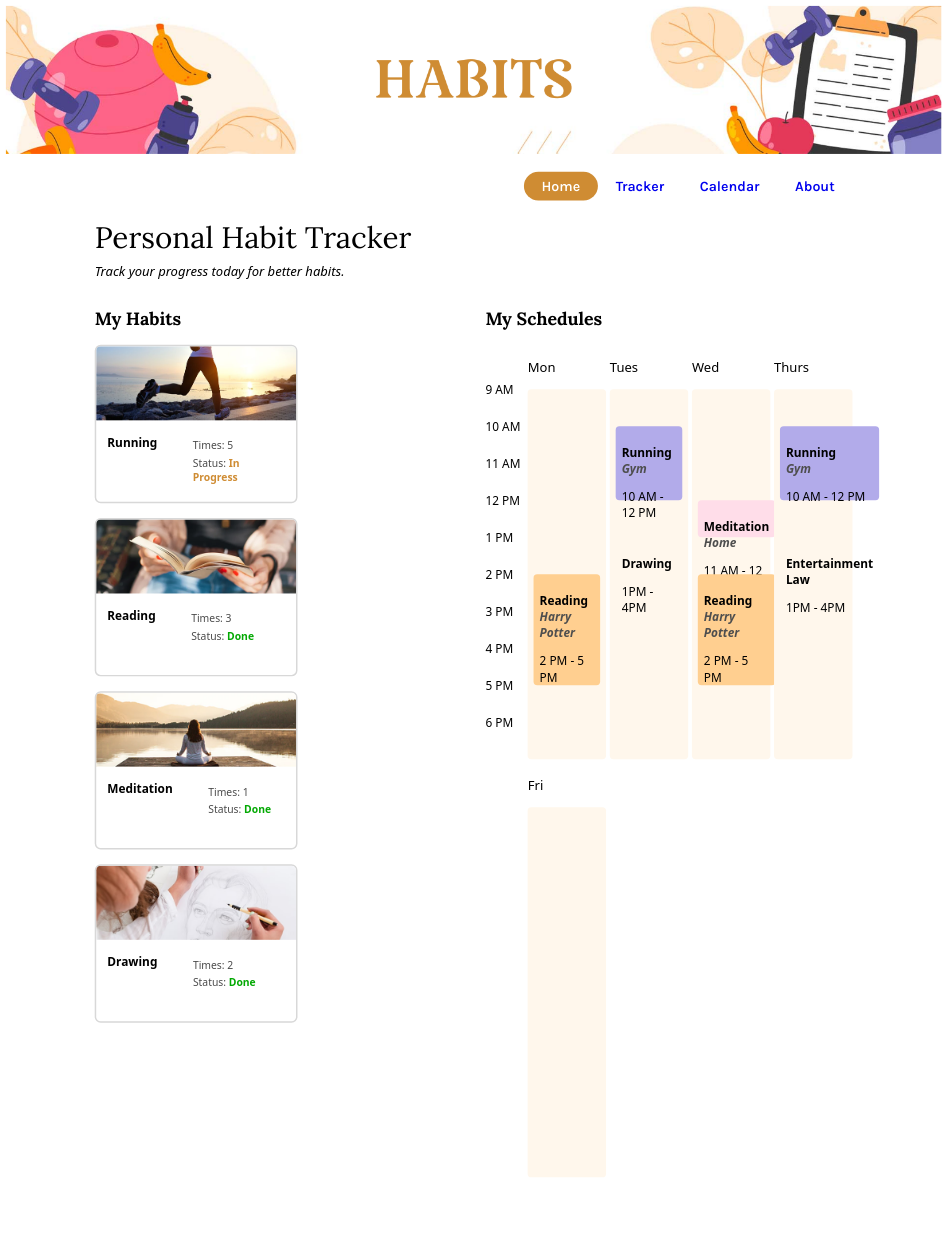
Repository: SandyLy453/habit-tracker
Page: http://localhost/
An editor plug-in stored every save of this project. The page is shown before and after the next save, followed by the edit.
The browser window is 1280 px wide. The pictures show the whole page, at 74% of full size.
The page is served by the project's Node server (server.js).

Above is the page before, as saved 2025-03-14 20:22:23.

### views/pages/home.ejs
<!DOCTYPE html>
<html lang="en">
<head>
    <meta charset="UTF-8">
    <meta name="viewport" content="width=device-width, initial-scale=1.0">
    <link rel="stylesheet" href="/styles.css">

    <!-- Fonts -->
    <link rel="preconnect" href="https://fonts.googleapis.com">
    <link rel="preconnect" href="https://fonts.gstatic.com" crossorigin>
    <link href="https://fonts.googleapis.com/css2?family=Karla:ital,wght@0,200..800;1,200..800&family=Roboto:ital,wght@0,100..900;1,100..900&display=swap" rel="stylesheet">

    <link rel="preconnect" href="https://fonts.googleapis.com">
    <link rel="preconnect" href="https://fonts.gstatic.com" crossorigin>
    <link href="https://fonts.googleapis.com/css2?family=Lora:ital,wght@0,400..700;1,400..700&display=swap" rel="stylesheet">
</head>
<body>
    <%- include('../partials/header', { activePage: 'home' }) %>
    <div class="heading_section">
        <h1>Personal Habit Tracker</h1>
        <p>Track your progress today for better habits.</p>
    </div>

    <section class="main_content">
        <div class="cards_section">
            <h2>My Habits</h2>
            <section class="cards">
                <div class="card">
                    <img src="/images/running.png" alt="Running Image" />
                    <div class="habit">
                        <h3>Running</h3>
                        <div class="details">
                            <p>Times: 5</p>
                            <p>Status: <span class="status in-progress">In Progress</span></p>
                        </div>
                    </div>
                </div>
                <div class="card">
                    <img src="/images/reading.png" alt="Running Image" />
                    <div class="habit">
                        <h3>Reading</h3>
                        <div class="details">
                            <p>Times: 3</p>
                            <p>Status: <span class="status done">Done</span></p>
                        </div>
                    </div>
                </div>
                <div class="card">
                    <img src="/images/meditation.png" alt="Running Image" />
                    <div class="habit">
                        <h3>Meditation</h3>
                        <div class="details">
                            <p>Times: 1</p>
                            <p>Status: <span class="status done">Done</span></p>
                        </div>
                    </div>
                </div>
                <div class="card">
                    <img src="/images/drawing.png" alt="Running Image" />
                    <div class="habit">
                        <h3>Drawing</h3>
                        <div class="details">
                            <p>Times: 2</p>
                            <p>Status: <span class="status done">Done</span></p>
                        </div>
                    </div>
                </div>
            </section>
        </div>
        <div class="schedules_section">
            <h2>My Schedules</h2>
            <div class="calendar">
                <div class="timeline">
                  <div class="spacer"></div>
                  <div class="time-marker">9 AM</div>
                  <div class="time-marker">10 AM</div>
                  <div class="time-marker">11 AM</div>
                  <div class="time-marker">12 PM</div>
                  <div class="time-marker">1 PM</div>
                  <div class="time-marker">2 PM</div>
                  <div class="time-marker">3 PM</div>
                  <div class="time-marker">4 PM</div>
                  <div class="time-marker">5 PM</div>
                  <div class="time-marker">6 PM</div>
                </div>
                <div class="days">
                  <div class="day mon">
                    <div class="date">
                      <p class="date-day">Mon</p>
                    </div>
                    <div class="events">
                      <div class="event start-2 end-5 reading">
                        <p class="title">Reading<br><span style="font-style: italic; color: #4e4e4e">Harry Potter</span></p>
                        <p class="time">2 PM - 5 PM</p>
                      </div>
                    </div>
                  </div>
                  <div class="day tues">
                    <div class="date">
                      <p class="date-day">Tues</p>
                    </div>
                    <div class="events">
                      <div class="event start-10 end-12 running">
                        <p class="title">Running<br><span style="font-style: italic; color: #4e4e4e">Gym</span></p>
                        <p class="time">10 AM - 12 PM</p>
                      </div>
                      <div class="event start-1 end-4 ent-law">
                        <p class="title">Drawing<br><span style="font-style: italic; color: #4e4e4e"></p>
                        <p class="time">1PM - 4PM</p>
                      </div>
                    </div>
                  </div>
                  <div class="day wed">
                    <div class="date">
                      <p class="date-day">Wed</p>
                    </div>
                    <div class="events">
                      <div class="event start-12 end-1 meditation">
                        <p class="title">Meditation<br><span style="font-style: italic; color: #4e4e4e">Home</span></p>
                        <p class="time">11 AM - 12 PM</p>
                      </div>
                      <div class="event start-2 end-5 reading">
                        <p class="title">Reading<br><span style="font-style: italic; color: #4e4e4e">Harry Potter</span></p>
                        <p class="time">2 PM - 5 PM</p>
                      </div>
                    </div>
                  </div>
                  <div class="day thurs">
                    <div class="date">
                      <p class="date-day">Thurs</p>
                    </div>
                    <div class="events">
                      <div class="event start-10 end-12 running">
                        <p class="title">Running<br><span style="font-style: italic; color: #4e4e4e">Gym</span></p>
                        <p class="time">10 AM - 12 PM</p>
                      </div>
                      <div class="event start-1 end-4 ent-law">
                        <p class="title">Entertainment Law</p>
                        <p class="time">1PM - 4PM</p>
                      </div>
                    </div>
                  </div>
                  <div class="day fri">
                    <div class="date">
                      <p class="date-day">Fri</p>
                    </div>
                    <div class="events">
                    </div>
                  </div>
                </div>
              </div>
        </div>
    </section>
</body>
</html>

### views/partials/header.ejs
<!DOCTYPE html>
<html lang="en">
<head>
    <meta charset="UTF-8">
    <meta name="viewport" content="width=device-width, initial-scale=1.0">
    <title>
        <%= typeof title != 'undefined' ? title : 'Page Title' %>
    </title>
    <link rel="stylesheet" href="/styles.css">
    <link rel="preconnect" href="https://fonts.googleapis.com">
    <link rel="preconnect" href="https://fonts.gstatic.com" crossorigin>
    <link href="https://fonts.googleapis.com/css2?family=Karla:ital,wght@0,200..800;1,200..800&family=Roboto:ital,wght@0,100..900;1,100..900&display=swap" rel="stylesheet">
</head>
<body>
    <header>
        <div class="header_container">
            <img src="<%= activePage === 'home' ? '/images/home_banner.png' : activePage === 'tracker' ? '/images/tracker_banner.png' : activePage === 'calendar' ? '/images/calendar_banner.png' : '/images/about_banner.png' %>" alt="Banner Images"/>
            <ul class="header">
                <li><a href="/" class="header_items <%= activePage === 'home' ? 'highlight' : '' %>">Home</a></li>
                <li><a href="/tracker" class="header_items <%= activePage === 'tracker' ? 'highlight' : '' %>">Tracker</a></li>
                <li><a href="/calendar" class="header_items <%= activePage === 'calendar' ? 'highlight' : '' %>">Calendar</a></li>
                <li><a href="/about" class="header_items <%= activePage === 'about' ? 'highlight' : '' %>">About</a></li>
              </ul>
        </div>
    </header>
</body>
</html>

### server.js
import pg from 'pg';
import express from 'express';
import bodyParser from 'body-parser';
import dotenv from 'dotenv';
import path from 'path';
import { fileURLToPath } from 'url';

const __filename = fileURLToPath(import.meta.url);
const __dirname = path.dirname(__filename);

dotenv.config();

// Database setup
const db = new pg.Client({
  user: process.env.DB_USER,
  host: process.env.DB_HOST,
  database: process.env.DB_DATABASE,
  password: process.env.DB_PASSWORD,
  port: process.env.DB_PORT,
});

db.connect()
  .then(() => {
    console.log('Connected to the database');
  })
  .catch(err => {
    console.error('Database connection error:', err.stack);
});

const app = express();
const port = 3000;

app.set('views', path.join(__dirname, 'views'));

// Middleware
app.use(bodyParser.urlencoded({ extended: true }));
app.use(express.static('public'));  // Serve static files from the public folder
app.set('view engine', 'ejs');

// Routes
app.get('/', (req, res) => {
  res.render('pages/home', {
    title: "Personal Habit Tracker",
    activePage: 'home',
    paragraph: "Track your progress today for better habits."
  });
});

app.get('/tracker', (req, res) => {
  res.render('pages/tracker', {
    title: "My Habits Tracker",
    activePage: 'tracker',
    paragraph: " "
  });
});

app.get('/calendar', (req, res) => {
  res.render('pages/calendar', {
    title: "My Calendar",
    activePage: 'calendar',
    paragraph: " "
  });
});

app.get('/about', (req, res) => {
  res.render('pages/about', {
    title: "About",
    activePage: 'about',
  });
});

app.listen(port, () => {
  console.log(`App listening at port ${port}`);
});

### public/styles.css
:root {
    --header-font: "Karla", sans-serif;
    --heading-font: "Lora", serif;

    --font-styles-bold: 600;
    --font-styles-regular: 400;
    --header-large: 1.2rem;
    --page-heading: 2.5rem;
    --page-details: 1.1rem;

    --card-status-inProgress: #CF8C33;
    --card-paragraph: #4A4A4A;
    --card-status-done: #03a903;

    --schedules-reading: #FFCF90;
    --schedules-running: #B2ABEA;
    --schedules-drawing: #E0F1FF;
    --schedules-meditation: #FFDDE9;
    --event-backgroundColor: #FFF7EC;

    --numDays: 5;
    --numHours: 10;
    --timeHeight: 50px;
}

body {
    font-family: Arial, sans-serif;
    text-align: center;
}

input, button {
    margin: 5px;
    padding: 8px;
}

/* Header */
.header_container img {
    margin: 0;
    padding: 0;
    display: block;
    width: 100%;
    height: 100%;
    object-fit: cover;
}

.header {
    display: flex;
    flex-direction: row;
    justify-content:flex-end;
    list-style: none;
    margin: 2rem 120px;
    font-family: var(--header-font);
    font-weight: var(--font-styles-bold);
    font-size: var(--header-large);
}

.header_items {
    text-decoration: none;
    padding: .5rem 1.5rem;
    border-radius: 20px;
}

.header_items.highlight {
    color: white;
    background-color: var(--card-status-inProgress);
}

/* Home Page */
.heading_section {
    text-align: left;
    margin: 0 120px;
}

.heading_section h1 {
    font-family: var(--heading-font);
    font-weight: var(--font-styles-regular);
    font-size: var(--page-heading);
    margin-bottom: 0;
}

.heading_section p {
    font-size: var(--page-details);
    margin-top: .5rem;
    font-style: italic;
}

.main_content {
    display: flex;
    flex-direction: row;
    margin: 0 120px 6rem 120px;
    gap: 2rem;
    text-align: left;
    align-items: flex-start;
}

/* Home Page Cards */

.cards_section {
    width: 50%;
    display: flex;
    flex-direction: column;
    justify-content: flex-start;
    padding: 0;
}

.cards_section h2,
.schedules_section h2 {
    font-family: var(--heading-font);
}

.cards {
    display: flex;
    flex-direction: row;
    flex-wrap: wrap;
    gap: 20px;
}

.card {
    position: relative;
    background-color: white;
    border-radius: 8px;
    border: 2px solid #D8D8D8;
    padding: 15px;
    width: 240px;
    height: 180px;
    text-align: left;
    overflow: hidden;
}

.card img {
    width: 100%;
    height: 100px;
    object-fit: cover;
    position: absolute;
    overflow: hidden;
    top: 0;
    left: 0;
    right: 0;
}

.habit {
    position: relative;
    display: flex;
    flex-direction: row;
    margin-bottom: 15px;
    top: 6.5rem;
}

.habit h3 {
    margin: 0;
    font-size: 16px;
    padding-right: 3rem;
}

.habit p {
    margin: 5px 0;
    font-size: 14px;
    color: var(--card-paragraph);
}

.status {
    font-weight: bold;
}

.status.in-progress {
    color: var(--card-status-inProgress);
}

.status.done {
    color: var(--card-status-done);
}

/* Calendar */

.schedules_section {
    width: 50%;
    display: flex;
    flex-direction: column;
}

.calendar {
    display: grid;
    gap: 10px;
    grid-template-columns: auto 1fr;
}

.timeline {
    display: grid;
    grid-template-rows: repeat(var(--numHours), var(--timeHeight));
}

.days {
    display: grid;
    grid-column: 2;
    gap: 5px;
    grid-template-columns: repeat(auto-fit, minmax(100px, 1fr));
}

.events {
    display: grid;
    grid-template-rows: repeat(var(--numHours), var(--timeHeight));
    border-radius: 5px;
    background: var(--event-backgroundColor);
}

.start-10 {
    grid-row-start: 2;
}

.start-12 {
    grid-row-start: 4;
}

.start-1 {
    grid-row-start: 5;
}

.start-2 {
    grid-row-start: 6;
}

.end-12 {
    grid-row-end: 4;
}

.end-1 {
    grid-row-end: 5;
}

.end-3 {
    grid-row-end: 7;
}

.end-4 {
    grid-row-end: 8;
}

.end-5 {
    grid-row-end: 9;
}

.title {
    font-weight: 600;
    margin-bottom: 0.25rem;
}

.event {
    border: 1px solid var(--eventBorderColor);
    border-radius: 5px;
    padding: 0.5rem;
    margin: 0 0.5rem;
    background: white;
}

.space,
.date {
    height: 60px
}

body {
    font-family: system-ui, sans-serif;
}

.running {
    background: var(--schedules-running);
}

.ent-law {
    background: var(--eventColor2);
}

.meditation {
    background: var(--schedules-meditation);
}

.reading {
    background: var(--schedules-reading);
}

.date {
    display: flex;
    gap: 1em;
}

.date-day {
    display: inline;
    font-size: var(--page-details);
}

After the next save:
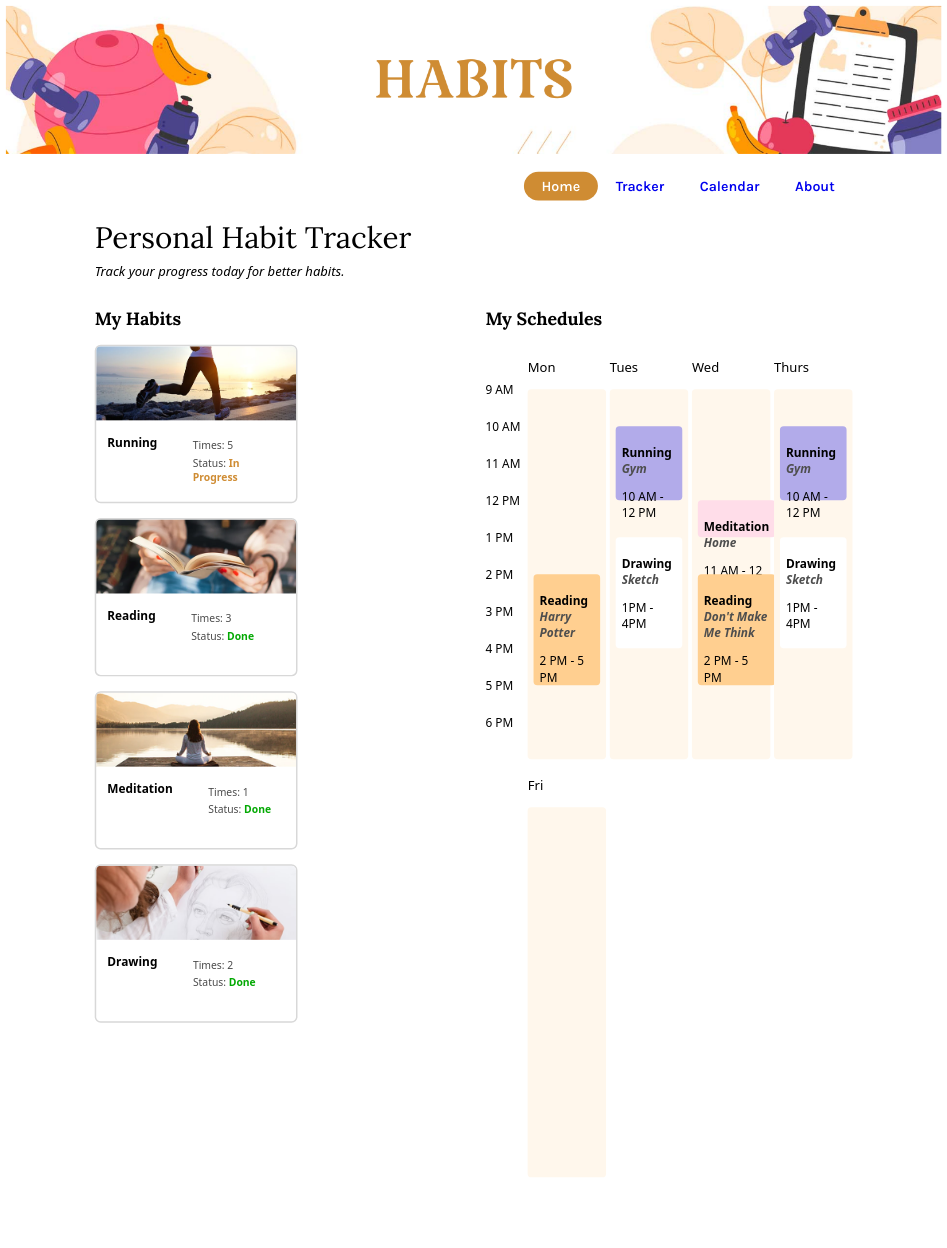
Saved 55 s later.
--- a/views/pages/home.ejs
+++ b/views/pages/home.ejs
@@ -104,8 +104,8 @@
                         <p class="title">Running<br><span style="font-style: italic; color: #4e4e4e">Gym</span></p>
                         <p class="time">10 AM - 12 PM</p>
                       </div>
-                      <div class="event start-1 end-4 ent-law">
-                        <p class="title">Drawing<br><span style="font-style: italic; color: #4e4e4e"></p>
+                      <div class="event start-1 end-4 drawing">
+                        <p class="title">Drawing<br><span style="font-style: italic; color: #4e4e4e">Sketch</p>
                         <p class="time">1PM - 4PM</p>
                       </div>
                     </div>
@@ -120,7 +120,7 @@
                         <p class="time">11 AM - 12 PM</p>
                       </div>
                       <div class="event start-2 end-5 reading">
-                        <p class="title">Reading<br><span style="font-style: italic; color: #4e4e4e">Harry Potter</span></p>
+                        <p class="title">Reading<br><span style="font-style: italic; color: #4e4e4e">Don't Make Me Think</span></p>
                         <p class="time">2 PM - 5 PM</p>
                       </div>
                     </div>
@@ -134,8 +134,8 @@
                         <p class="title">Running<br><span style="font-style: italic; color: #4e4e4e">Gym</span></p>
                         <p class="time">10 AM - 12 PM</p>
                       </div>
-                      <div class="event start-1 end-4 ent-law">
-                        <p class="title">Entertainment Law</p>
+                      <div class="event start-1 end-4 drawing">
+                        <p class="title">Drawing<br><span style="font-style: italic; color: #4e4e4e">Sketch</p>
                         <p class="time">1PM - 4PM</p>
                       </div>
                     </div>
